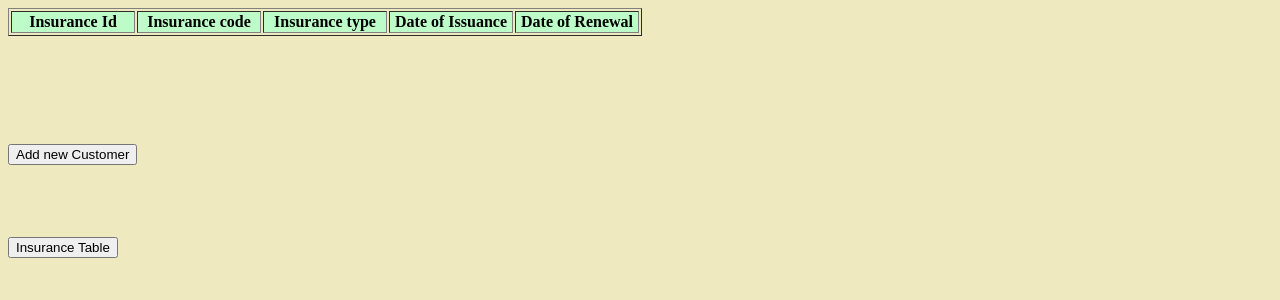
Repository: ankitasha/HomeProject
Page: http://localhost/insurance/WEB-INF/views/allcustomers.jsp
The author's editor kept a copy of each file at every save. The page is drawn from the files as they stood at one save, then again after the next save.
The browser window is 1280 px wide. The pictures show the whole page.
The page is served by Tomcat 9. Nobody is signed in. The template is opened directly, without the code that normally fills it, so the values that code supplies are empty.

Above is the page before, as saved 2017-05-05 08:14:15.

After the next save:
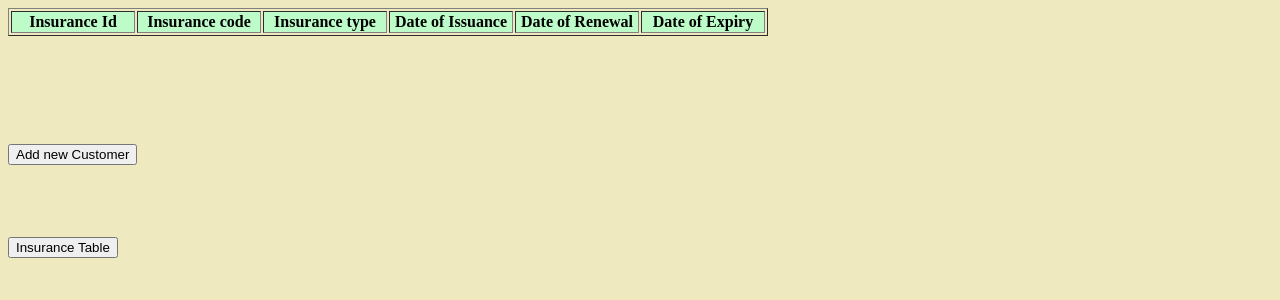
Saved 25 s later.
--- a/insurance/src/main/webapp/WEB-INF/views/allcustomers.jsp
+++ b/insurance/src/main/webapp/WEB-INF/views/allcustomers.jsp
@@ -47,6 +47,7 @@
     	<th width="120">Insurance type</th>
     	<th width="120">Date of Issuance</th>
     	<th width="120">Date of Renewal</th>
+    	<th width="120">Date of Expiry</th>
    	</tr>
  <c:forEach var="allcustomers" items="${allcustomers}" varStatus="status">
     <tr>
